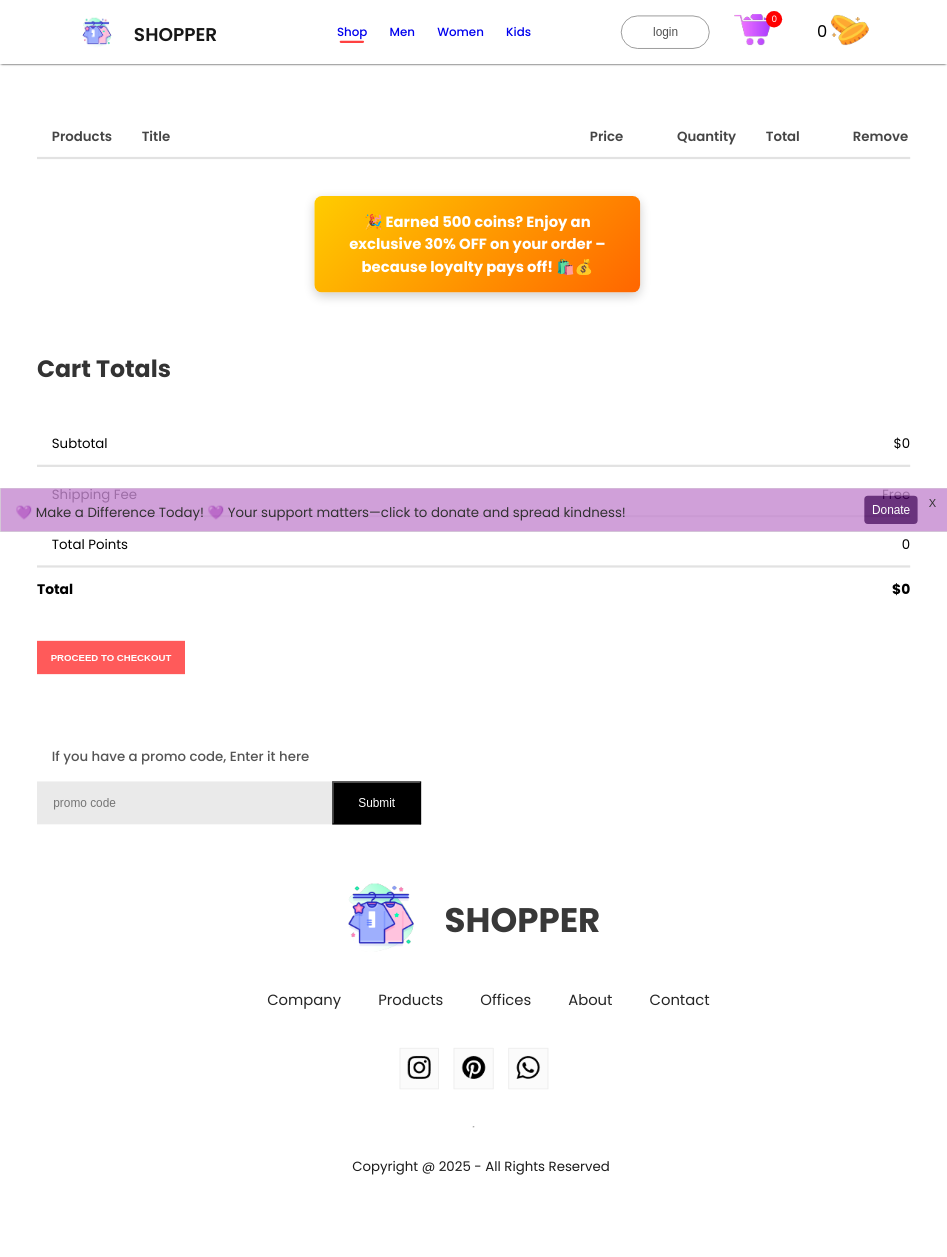
Repository: PayalJakhar/Shoppers-E-commerce-Website
Page: /cart (app in frontend/)
An editor plug-in stored every save of this project. The page is shown before and after the next save, followed by the edit.
The browser window is 1280 px wide. The pictures show the whole page, at 74% of full size.
The page's requests for data from a server got no answer. The project was rebuilt for these pictures with package versions that can differ from the ones it lists, and the page was loaded fresh each time. No one was signed in, and anything a server would have sent is missing. Also part of the build but not shown: frontend/src/App.css, frontend/src/Components/Hero/Hero.css, frontend/src/Components/Hero/Hero.jsx, frontend/src/Components/Popular/Popular.css, frontend/src/Components/Item/Item.css, frontend/src/Components/Item/Item.jsx, frontend/src/Components/Popular/Popular.jsx, frontend/src/Components/Offers/Offers.css and 21 more.

Above is the page before, as saved 2025-02-07 23:43:19.

### frontend/src/index.css
*{
  margin:0;
}
body {
  margin: 0;
  font-family: -apple-system, BlinkMacSystemFont, 'Segoe UI', 'Roboto', 'Oxygen',
    'Ubuntu', 'Cantarell', 'Fira Sans', 'Droid Sans', 'Helvetica Neue',
    sans-serif;
  -webkit-font-smoothing: antialiased;
  -moz-osx-font-smoothing: grayscale;
  font-family:'poppins';
}

code {
  font-family: source-code-pro, Menlo, Monaco, Consolas, 'Courier New',
    monospace;
}

### frontend/src/Components/Navbar/Navbar.jsx
import React, { useContext, useState, useRef } from 'react';
import { Link } from 'react-router-dom';
import './Navbar.css';
import logo from '../Assets/Frontend_Assets/logo.png';
import cart_icon from '../Assets/Frontend_Assets/cart_icon.png';
import coin_icon from '../Assets/Frontend_Assets/coin_icon.png';
import { ShopContext } from '../../Context/ShopContext';
import nav_dropdown from '../Assets/Frontend_Assets/nav_dropdown.png'

export default function Navbar() {
    const [menu, setMenu] = useState('shop');
    const {getTotalCartItems} = useContext(ShopContext);
    const menuRef = useRef();

    const dropdown_toggle = (e) =>{
        menuRef.current.classList.toggle('nav-menu-visible');
        e.target.classList.toggle('open');
    }


    return (
        <div className="navbar">
            <div className="nav-logo">
                <img src={logo} alt="" />
                <p> SHOPPER</p>
            </div>
            <img  className='nav-dropdown' onClick={dropdown_toggle} src={nav_dropdown} alt=""/>
            <ul ref={menuRef} className="nav-menu">
                <li onClick={() => { setMenu('shop') }}><Link style={{textDecoration:'none'}} to='/'>Shop</Link>{menu === 'shop' ? <hr /> : <></>}</li>
                <li onClick={() => { setMenu('mens') }}><Link style={{textDecoration:'none'}} to='/mens'>Men</Link>{menu === 'mens' ? <hr /> : <></>}</li>
                <li onClick={() => { setMenu('women') }}><Link style={{textDecoration:'none'}} to='/women'>Women</Link>{menu === 'women' ? <hr /> : <></>}</li>
                <li onClick={() => { setMenu('kids') }}><Link style={{textDecoration:'none'}} to='/kids'>Kids</Link>{menu === 'kids' ? <hr /> : <></>}</li>
            </ul>
            <div className="nav-login-cart">
                {localStorage.getItem('auth-token')?<button onClick={()=>{localStorage.removeItem('auth-token');window.location.replace('/')}}>Logout</button>:<Link style={{textDecoration:'none'}} to='/login'><button>login</button></Link>}
                <Link style={{textDecoration:'none'}} to='/cart'><img src={cart_icon} alt="" /></Link>
                <div className="nav-cart-count">{getTotalCartItems()}</div>
            </div>
            <div className="nav-coin-count">0</div>
            <div className="nav-login-coin">
            <img src={coin_icon} alt="" />
            </div>
        </div>
    )
}

### frontend/src/Pages/Cart.jsx
import React from 'react'
import CartItems from '../Components/CartItems/CartItems'

export default function Cart() {
  return (
    <div>
      <CartItems/>
    </div>
  )
}

### frontend/src/Components/Footer/Footer.jsx
import React from 'react'
import './Footer.css'
import footer_logo from '../Assets/Frontend_Assets/logo_big.png'
import instagram_icon from '../Assets/Frontend_Assets/instagram_icon.png'
import pintester_icon from '../Assets/Frontend_Assets/pintester_icon.png'
import whatsapp_icon from '../Assets/Frontend_Assets/whatsapp_icon.png'
export default function Footer() {
  return (
    <div className='footer'>
        <div className="footer-logo">
            <img src={footer_logo} alt=""/>
            <p>SHOPPER</p>
        </div>
        <ul className="footer-links">
            <li>Company</li>
            <li>Products</li>
            <li>Offices</li>
            <li>About</li>
            <li>Contact</li>
        </ul>
        <div className="footer-social-icon">
            <div className="footer-icons-container">
                <img src={instagram_icon} alt=""/>
            </div>
            <div className="footer-icons-container">
                <img src={pintester_icon} alt=""/>
            </div>
            <div className="footer-icons-container">
                <img src={whatsapp_icon} alt=""/>
            </div>
        </div>
        <div className="footer-copyright">
            <hr/>
            <p>Copyright @ 2025 - All Rights Reserved</p>
        </div>
    </div>
  )
}

### frontend/src/Components/Donate/Donate.jsx
import React, { useState } from 'react';
import { Link } from 'react-router-dom';
import './Donate.css';

const Donate = () => {
  const [value, setValue] = useState('flex');
  const [isOpen, setIsOpen] = useState(false);

  const openModal = () => {
    setIsOpen(true);
    setValue('none');
  };

  const closeModal = () => {
    setIsOpen(false);
    setValue('flex');
  };

  return (
    <>
      <div className='donates' style={{ display: value }}>
        <p>💜 Make a Difference Today! 💜 Your support matters—click to donate and spread kindness!</p>
        <div className='donate-ins'>
          <button className='paras' onClick={openModal}>Donate</button>
          <button className='texts' onClick={() => setValue('none')}>X</button>
        </div>
      </div>
      {isOpen && (
        <div className="modals">
          <div className="modal-contents">
            <span className="closes" onClick={closeModal}>&times;</span>
            <h2>🌼 Donate & Earn Rewards! 🌼</h2>
            <ul>
              <li>✔ Support a Cause: Your donations go directly to trusted NGOs, making a real impact</li>
              <li>✔ Minimum 5 Items: Donate at least 5 clothes to contribute</li>
              <li>✔ Earn Rewards: Get 100 points per donation—stack up to 500 points to unlock exclusive discounts & coupons!</li>
              <li>✔ Quality Matters: Clothes should have no more than 20% damage—let's keep it wearable for those in need!</li>
              💙 Give. Earn. Save. Start donating today!
            </ul>
            <button className="donate-buttons" onClick={()=>{setValue('none');setIsOpen(false)}}>
              <Link style={{ textDecoration: 'none', color:'white'}} to='/donation'>Donate Now</Link>
            </button>
          </div>
        </div>
      )}
    </>
  );
}

export default Donate;

### frontend/src/Components/Navbar/Navbar.css
.navbar{
    display:flex;
    justify-content:space-around;
    padding:16px;
    box-shadow:0 1px 3px -2px black;
    align-items: center;
}

.nav-logo{
    display:flex;
    align-items:center;
    gap:10px;
}

.nav-logo p{
    color: #171717;
    font-size: 38px;
    font-weight:600;
}

.nav-menu{
    display:flex;
    align-items:center;
    list-style:none;
    gap:50px;
    color: #626262;
    font-size:20px;
    font-weight: 500;
}

.nav-menu li{
    display:flex;
    flex-direction:column;
    align-items:center;
    justify-content:center;
    cursor:pointer;
}

.nav-menu hr{
    border:none;
    width:80%;
    height:3px;
    border-radius:10px;
    background: #FF4141;
}

.nav-login-cart{
    display:flex;
    align-items:center;
    gap:45px;
}

.nav-login-cart button{
    width:157px;
    height:58px;
    outline:none;
    border:1px solid #7a7a7a;
    border-radius:75px;
    color:#515151;
    font-size:20px;
    font-weight:500;
    background:white;
    cursor:pointer;
}

.nav-login-cart button:hover{
    background:#f3f3f3;
}

.nav-cart-count{
    width:22px;
    height:22px;
    display:flex;
    justify-content:center;
    align-items:center;
    margin-top:-35px;
    margin-left:-55px;
    border-radius:11px;
    font-size:14px;
    background:red;
    color:white;
}

.nav-dropdown{
    display: none;
}
.nav-coin-count{
    width:22px;
    height:35px;
    margin-left:-75px;
    margin-right:-125px;
    font-size:22px;
}

.nav-login-coin{
    margin-right:-5px;
}
/* here we are making it responsive for max-width: 1280px */

@media(max-width: 1280px){
    .navbar{
        padding: 12px 50px;
    }

    .nav-logo img{
        width: 40px;
    }
    .nav-logo p{
        font-size: 25px;
    }
    .nav-menu{
        gap: 30px;
        font-size: 16px;
    }
    .nav-login-cart{
        gap: 30px;
    }
    .nav-login-cart button{
        width: 120px;
        height: 45px;
        font-size: 16px;
    }
    .nav-cart-count{
        margin-left: -40px;
        font-size: 12px;
    }
}

@media(max-width: 1024px){
    .navbar{
        padding: 12px 30px;
    }

    .nav-menu{
        gap: 25px;
        font-size: 14px;
    }
    .nav-login-cart button{
        width: 80px;
        height: 35px;
        font-size: 14px;
    }
    .nav-cart-count{
        width: 18px;
        height: 18px;
    }
    .nav-login-cart img{
        width: 30px;
    }
}

@media(max-width: 800px){
    .navbar{
        padding: 10px 0px;
    }

    .nav-dropdown{
        display: block;
        width: 30px;
        rotate: -90deg;
        transition: 0.5s;
    }
    .nav-menu{
        display: none;
        height: 80px;
        width: 100%;
        position: absolute;
        background-color: white;
        justify-content: center;
        top: 50px;
    }
    .nav-menu-visible{
        display: flex;
    }
    .nav-dropdown.open{
        transform: rotate(90deg);
    }
}


@media(max-width: 500px){
    .navbar{
        padding: 8px 0px;
        gap: 0;
    }

    .nav-logo{
       transform: scale(0.8);
    }
    .nav-menu{
        height: 70px;
        top: 50px;
        display: none;
    }
    .nav-login-cart{
        transform: scale(0.8);
    }
    .nav-menu-visible{
        display: flex;
    }
    .nav-dropdown.open{
        transform: rotate(90deg);
    }
}

### frontend/src/Components/CartItems/CartItems.jsx
import React, { useContext } from 'react';
import './CartItems.css';
import { ShopContext } from '../../Context/ShopContext';
import remove_icon from '../Assets/Frontend_Assets/cart_cross_icon.png';

const CartItems = () => {
    const { getTotalCartAmount, all_product, cartItems, removeFromCart } = useContext(ShopContext);
    return (
        <div className='cartitems'>
            <div className="cartitems-format-main">
                <p>Products</p>
                <p>Title</p>
                <p>Price</p>
                <p>Quantity</p>
                <p>Total</p>
                <p>Remove</p>
            </div>
            <hr />
            {all_product.map((e) => {
                if (cartItems[e.id] > 0) {
                    return (
                        <div key={e.id}>
                            <div className="cartiitems-format cartitems-format-main">
                                <img src={e.image} alt="" className='carticon-product-icon' />
                                <p>{e.name}</p>
                                <p>${e.new_price}</p>
                                <button className='cartitems-quantity'>{cartItems[e.id]}</button>
                                <p>${e.new_price * cartItems[e.id]}</p>
                                <img
                                    className='cartitems-remove-icon' src={remove_icon} onClick={() => { removeFromCart(e.id) }} alt="" />
                            </div>
                            <hr />
                        </div>
                    );
                }
                return null;
            })}

            <div class="animated-box">
            🎉 Earned 500 coins? Enjoy an exclusive <strong>30% OFF</strong> on your order – because loyalty pays off! 🛍️💰
            </div>

            <div className="cartitems-down">
                <div className="cartitems-total">
                    <h1>Cart Totals</h1>
                    <div>
                        <div className="cartitems-total-item">
                            <p>Subtotal</p>
                            <p>${getTotalCartAmount()}</p>
                        </div>
                        <hr />
                        <div className="cartitems-total-item">
                            <p>Shipping Fee</p>
                            <p>Free</p>
                        </div>
                        <hr />
                        <div className="cartitems-total-item">
                            <p>Total Points</p>
                            <p>0</p>
                        </div>
                        <hr />
                        <div className="cartitems-total-item">
                            <h3>Total</h3>
                            <h3>${getTotalCartAmount()}</h3>
                        </div>
                    </div>
                    <button>PROCEED TO CHECKOUT</button>
                </div>
                <div>
                    <div className="cartitems-promocode">
                        <p>If you have a promo code, Enter it here</p>
                        <div className="cartitems-promobox">
                            <input type="text" placeholder='promo code' />
                            <button>Submit</button>
                        </div>
                    </div>

                </div>
            </div>
        </div>
    );
}

export default CartItems;

### frontend/src/Components/Footer/Footer.css
.footer{
    display: flex;
    flex-direction: column;
    justify-content: center;
    align-items: center;
    gap: 50px;
    margin-bottom:80px;
}

.footer-logo{
    display: flex;
    align-items: center;
    gap: 20px;
}

.footer-logo p{
    color: #383838;
    font-size: 46px;
    font-weight: 700;

}

.footer-links{
    display: flex;
    list-style: none;
    gap: 50px;
    color: #252525;
    font-size: 20px;
}

.footer-links li{
    cursor: pointer;
}

.footer-social-icon{
    display: flex;
    gap: 20px;
}

.footer-icons-container{
    padding: 10px;
    padding-bottom:6px;
    background: #fbfbfb;
    border: 1px solid #ebebeb;
}

.footer-copyright{
    display: flex;
    flex-direction: column;
    align-items: center;
    gap: 30px;
    width: 100%;
    margin-bottom: 30px;
    color: #1a1a1a;
    font-size: 20px;
}

.footer-copyright r{
    width: 80%;
    border: none;
    border-radius: 10px;
    height: 3px;
    background: #c7c7c7;
}

@media(max-width: 800px){
    .footer{
        gap: 20px;
    }
    .footer-lgo{
        gap: 10px;
        align-items: end;
    }
    .footer-logo img{
        width: 40px;
    }
    .footer-logo p{
        font-size: 25px;
    }
    .footer-links{
        font-size: 14px;
        gap: 10px;
    }
    .footer-social-icon img{
        width: 22px;
    }
    .footer-copyright{
        font-size: 13px;
    }
}

### frontend/src/Components/Donate/Donate.css
.donates {
    position: fixed;
    bottom:1px;
    display:flex;
    justify-content:space-between;
    width: 100%;
    background-color: rgb(197, 137, 208);
    padding: 10px 0px 10px 0px;
    border: 1px solid #ccc;
    z-index: 1000;
    opacity:0.8;
    animation: slideInUp 0.9s ease-out forwards;
}

.donate-ins{
    position:relative;
    margin-right:40px;
    display:flex;
    gap:30px;
}

p{
    padding-top:8px;
    margin-left:20px;
    weight:300;
    font-size:18px;
}

.paras {
    padding: 10px;
    margin-right:1px;
    font-size: 16px;
    border: none;
    background-color: #45015d;
    color: white;
    cursor: pointer;
    border-radius: 5px;
}

.texts{
    background-color:transparent;
    border:none;
    position: absolute;
    top: 0;
    right: -30px;
    font-size:15px;
    font-weight:500;
}

.paras:hover{
background-color: #00060a;
}

.texts:hover{
    color:white;
}

.modals {
    display: flex;
    justify-content: center;
    align-items: center;
    position: fixed;
    z-index: 1;
    left: 0;
    right:0;
    bottom:0;
    top: 0;
    width: 100%;
    height: 100%;
    background-color: rgba(0,0,0,0.5);
}

.modal-contents {
    background-color: #fefefe;
    margin: 15% auto;
    padding: 20px;
    border: 1px solid #888;
    width: 80%;
    border-radius: 10px;
    text-align: center;
    box-shadow: 0 4px 8px rgba(0,0,0,0.2);
}

.closes {
    color: #aaa;
    float: right;
    font-size: 28px;
    font-weight: bold;
}

.closes:hover,
.closes:focus {
    color: black;
    text-decoration: none;
    cursor: pointer;
}

.donate-buttons {
    background-color: #802ea5;
    color: white;
    padding: 10px 20px;
    text-align: center;
    text-decoration: none;
    display: inline-block;
    font-size: 16px;
    margin: 15px 2px 0px 2px;
    cursor: pointer;
    border-radius: 5px;
    transition: background-color 0.3s;
    border:none;
}

.donate-buttons:hover {
    background-color: #170122;

}

.open-modal-buttons {
    background-color: #ffebcd;
    color: #333;
    padding: 10px 15px;
    border: none;
    border-radius: 5px;
    cursor: pointer;
    font-size: 16px;
    margin: 20px;
    transition: background-color 0.3s;
}

.modal-contents ul {
    list-style: none;
    padding: 0;
    margin: 0;
}

.modal-contents li {
    display: flex;
    align-items: center;
    gap: 8px;
    padding: 8px 0;
    font-size: 16px;
}


.open-modal-buttons:hover {
    background-color: #f0e68c;
}


@keyframes slideInUp {
    0% {
      transform: translateY(100%);
      opacity: 0;
    }
    100% {
      transform: translateY(0);
      opacity: 0.8;
    }
  }


  @media(max-width:500px){
    .donate{
        height:50px;
        gap:2px;
    }
    p{
        font-size: 10px;
    }
    .para{
        font-size: 13px;
    }
    .text{
        font-size:12px;
    }
}

### frontend/src/Components/CartItems/CartItems.css
.cartitems{
    margin: 100px 70px;
}
.cartitems hr{
    height: 3px;
    background: #e2e2e2;
    border: 0;
}
.cartitems-format-main{
    display: grid;
    grid-template-columns: 0.5fr 2fr 1fr 1fr 1fr 1fr;
    align-items: center;
    gap: 75px;
    padding: 20px 0px;
    color: #454545;
    font-size: 18px;
    font-weight: 600;

}
.cartiitems-format{
    font-size: 17px;
    font-weight: 500;
}
.carticon-product-icon{
    height: 62px;
}
.cartitems-remove-icon{
    width: 15px;
    margin: 0px 40px;
    cursor: pointer;
}
.cartitems-quantity{
    width: 64px;
    height: 50px;
    border: 2px solid #ebebeb;
    background: #fff;
}
.cartitems-down{
    display: flex;
    margin: 100px 0px;
}
.cartitems-total{
    flex: 1;
    display: flex;
    flex-direction: column;
    margin-right: 200px;
    gap: 40px;

}
.cartitems-total-item{
    display: flex;
    justify-content: space-between;
    padding: 15px 0px;
}
.cartitems-total button{
    width: 262px;
    height: 58px;
    outline: none;
    border: none;
    background: #ff5a5a;
    color:white;
    font-size: 16px;
    font-weight: 600;
    cursor: pointer;
}
.cartitems-promocode{
    flex:1;
    display: flex;
    flex-direction: column;
    font-weight: 500;

}
.cartitems-promocode p{
    color:#555;
    margin-top: 10px;
}
.cartitems-promobox{
    width: 504px;
    margin-top: 20px;
    padding-left: 20px;
    height: 58px;
    background: #eaeaea;
}
.cartitems-promobox input{
    border: none;
    outline: none;
    background: transparent;
    font-size: 16px;
    width: 330px;
    height: 50px;
}
.cartitems-promobox button{
    width: 170px;
    height: 58px;
    font-size: 16px;
    background: black;
    color: white;
    cursor: pointer;
}


@keyframes shake {
    0%, 100% { transform: translateX(0); }
    20%, 80% { transform: translateX(-5px); }
    40%, 60% { transform: translateX(5px); }
  }

  .animated-box {
    background: linear-gradient(135deg, #ffcc00, #ff6600);
    color: white;
    font-size: 20px;
    font-weight: bold;
    padding: 20px;
    border-radius: 10px;
    text-align: center;
    max-width: 400px;
    margin: 50px auto;
    box-shadow: 0 5px 15px rgba(0, 0, 0, 0.2);
    animation: shake 0.5s ease-in-out infinite;
  }


@media(max-width:1280px){
    .cartitems{
        margin: 60px 50px;
    }

    .cartitems-format-main{
        grid-template-columns: 0.5fr 3fr 0.5fr 0.5fr 0.5fr 0.5fr;
        gap: 20px;
        padding: 15px 0px;
        font-size: 15px;
    }

    .carticon-product-icon{
        height: 50px;
    }

    .cartitems-remove-icon{
        margin: auto;
    }

    .cartitems-quantity{
        width: 40px;
        height: 30px;
    }

    .cartitems-down{

        margin: 80px 0px;

        flex-direction: column;

        gap: 80px;
    }

        .cartitems-total {

        margin: 0px;

        }

        .cartitems-total button{
        max-width: 200px;
        height: 45px;
        font-size: 13px;
        }
        .cartitems-promobox{
        width: auto;
        max-width: 500px;
        }

        .cartitems-promobox input{
            width: 100%;
        }

        .cartitems-promobox button{
            width: 120px;
            margin-left: -125px;
        }

}

@media (max-width:500px){

    .cartitems-format-main{
    display: none;
    grid-template-columns: 0.5fr 3fr 0.5fr;
        gap : 10px;
    }

    .cartitems-format{
    display: grid;
    }
}

Loaded but not shown: frontend/public/index.html (common file); frontend/src/reportWebVitals.js (common file); frontend/src/App.js (38 lines, source omitted); frontend/src/index.js (20 lines, source omitted); frontend/src/Components/Donation/Donation.css (243 lines, source omitted); frontend/src/Context/ShopContext.jsx (115 lines, source omitted)

After the next save:
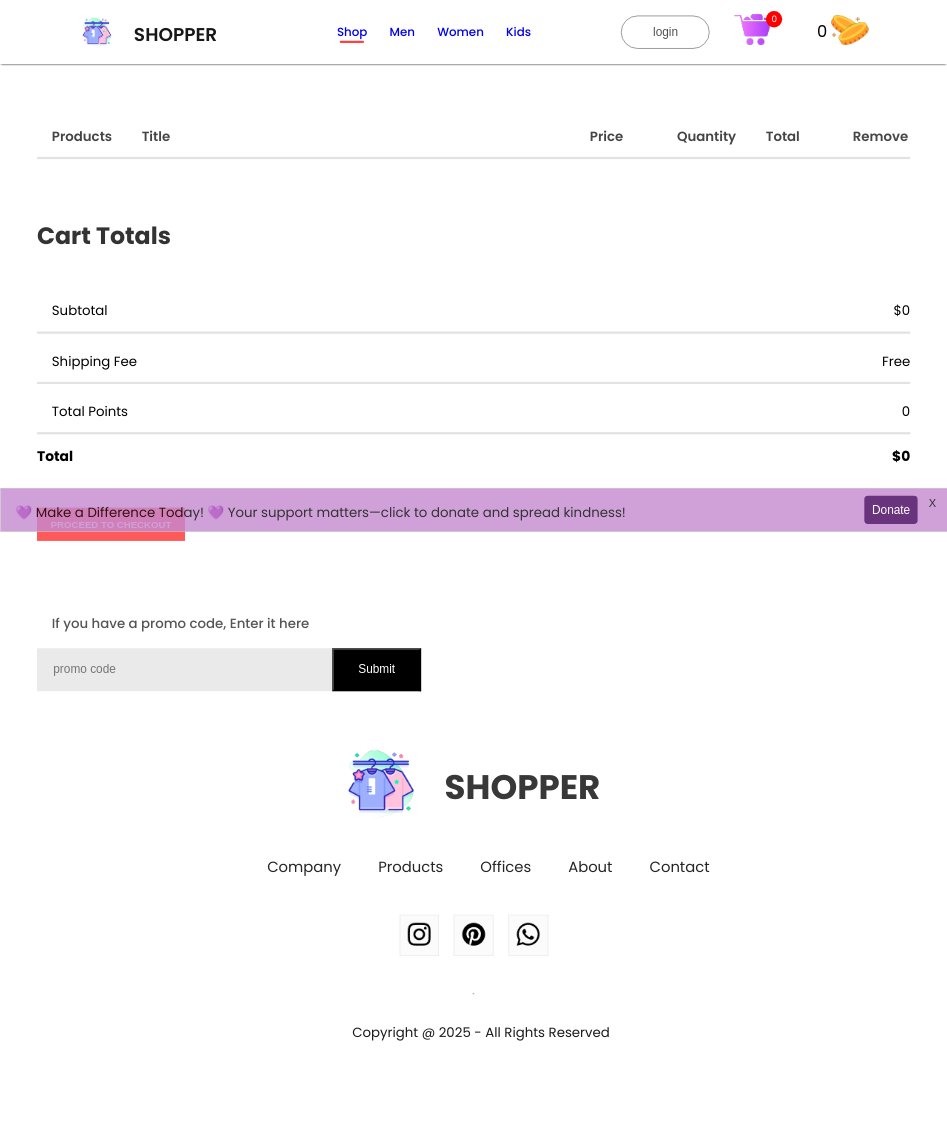
Saved 10 s later.
--- a/frontend/src/Components/CartItems/CartItems.jsx
+++ b/frontend/src/Components/CartItems/CartItems.jsx
@@ -35,10 +35,6 @@ const CartItems = () => {
                 }
                 return null;
             })}
-
-            <div class="animated-box">
-            🎉 Earned 500 coins? Enjoy an exclusive <strong>30% OFF</strong> on your order – because loyalty pays off! 🛍️💰
-            </div>
 
             <div className="cartitems-down">
                 <div className="cartitems-total">
